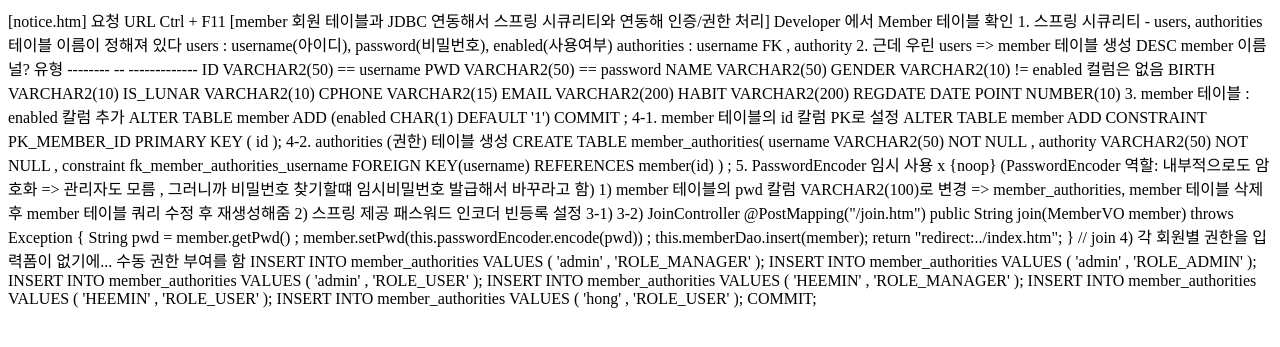
Repository: Vida0822/-
Page: SL11_SECURITY2_JDBC/src/main/webapp/customer/notice.htm
The author's editor kept a copy of each file at every save. The page is drawn from the files as they stood at one save, then again after the next save.
The browser window is 1280 px wide. The pictures show the whole page.

Above is the page before, as saved 2023-07-05 01:12:42.

After the next save:
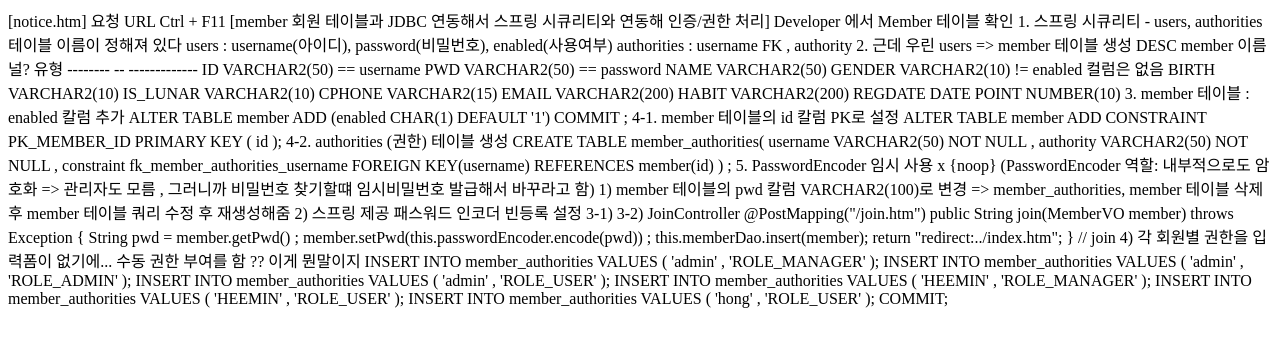
Saved 4 s later.
--- a/SL11_SECURITY2_JDBC/src/main/webapp/customer/notice.htm
+++ b/SL11_SECURITY2_JDBC/src/main/webapp/customer/notice.htm
@@ -86,7 +86,7 @@ CREATE TABLE member_authorities(
 	} // join
 
 
-4) 각 회원별 권한을 입력폼이 없기에... 수동 권한 부여를 함
+4) 각 회원별 권한을 입력폼이 없기에... 수동 권한 부여를 함 ?? 이게 뭔말이지
  INSERT INTO member_authorities VALUES ( 'admin' , 'ROLE_MANAGER' );
       INSERT INTO member_authorities VALUES ( 'admin' , 'ROLE_ADMIN' );
       INSERT INTO member_authorities VALUES ( 'admin' , 'ROLE_USER' );
